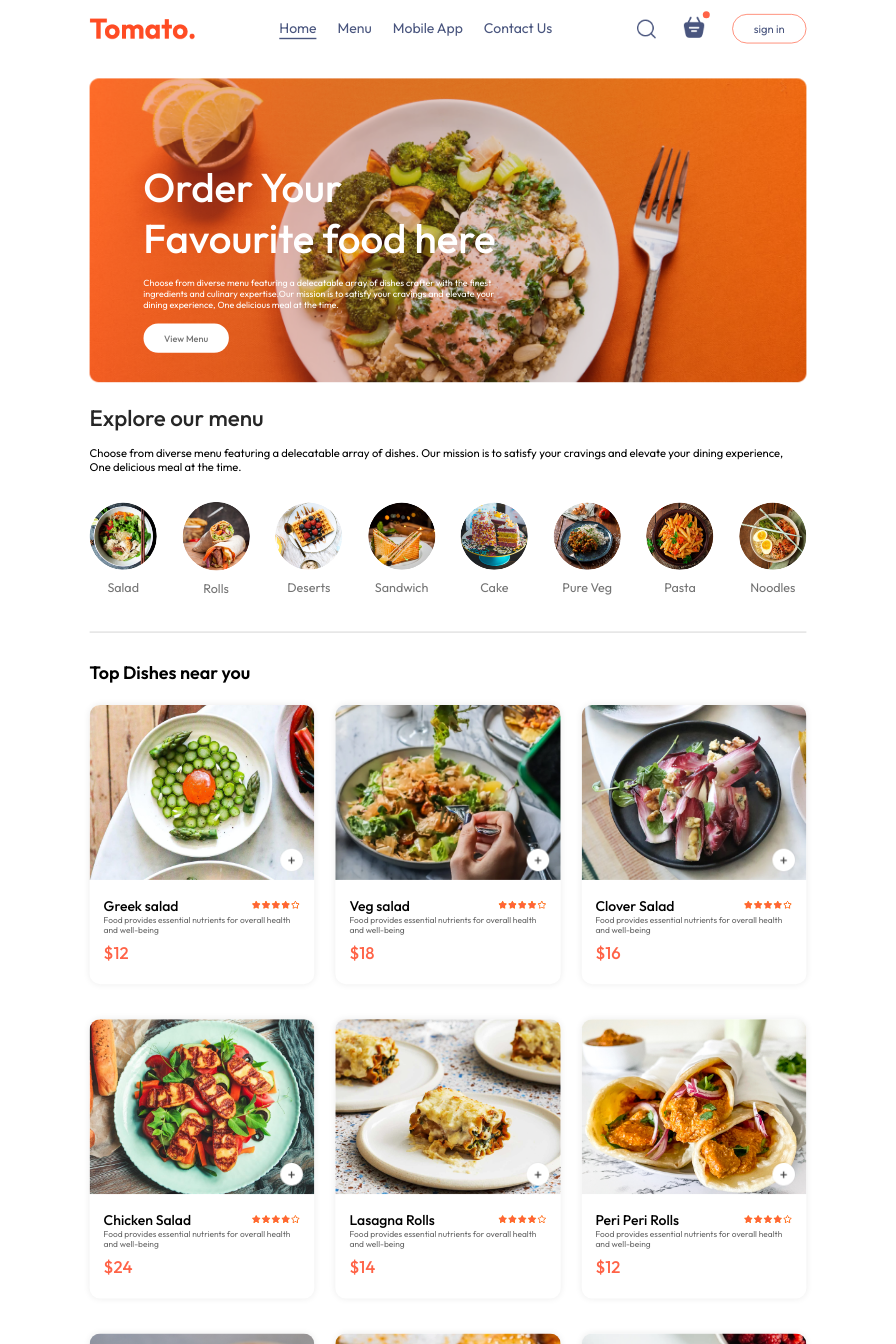
Repository: esakkiraj8104/FOOD_ORDER1
Page: /
The author's editor kept a copy of each file at every save. The page is drawn from the files as they stood at one save, then again after a run of saves.
The browser window is 1280 px wide. The pictures show the part of the page from y = 0 to 1920 px (the page is 6713 px tall), at 70% of full size.
The project was rebuilt for these pictures with package versions that can differ from the ones it lists, and the page was loaded fresh each time. Also part of the build but not shown: vite.config.js, src/pages/Cart/Cart.css, src/pages/Cart/Cart.jsx, src/components/LoginPopup/LoginPopup.css, src/components/LoginPopup/LoginPopup.jsx. Imported but missing from the stored project, and not drawn on this page: src/pages/PlaceOrder/PlaceOrder.

Above is the page before, as saved 2025-05-20 18:01:23.

After the next 3 saves:
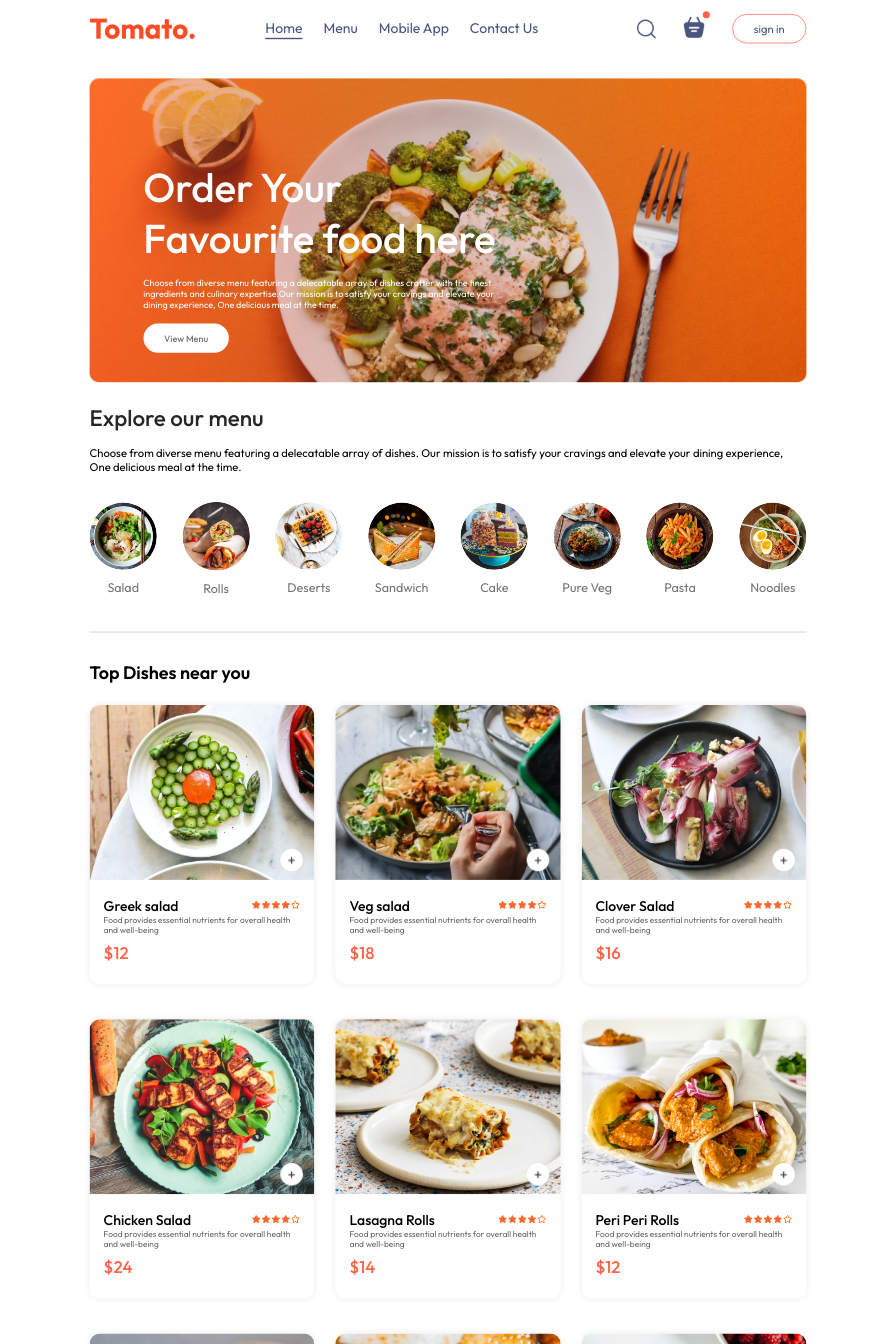
The 3 saves are shown as one change because they came seconds apart.
The last was saved 71 s later.
--- a/src/components/Navbar/Navbar/Navbar.jsx
+++ b/src/components/Navbar/Navbar/Navbar.jsx
@@ -15,7 +15,7 @@ const Navbar = ({setShowLogin}) => {
         <a href='#footer'className={menu === "contact us" ? "active" : ""} onClick={() => setMenu("contact us")}>Contact Us</a>
         </ul>
         <div className="navbar-right">
-            <img src={assets.search_icon} alt="" />
+            <Link></Link><img src={assets.search_icon} alt="" />
             <div className="navbar-search-icon">
                 <Link to='/cart'><img src={assets.basket_icon} alt="" /></Link>
                 <div className="dot"></div>
